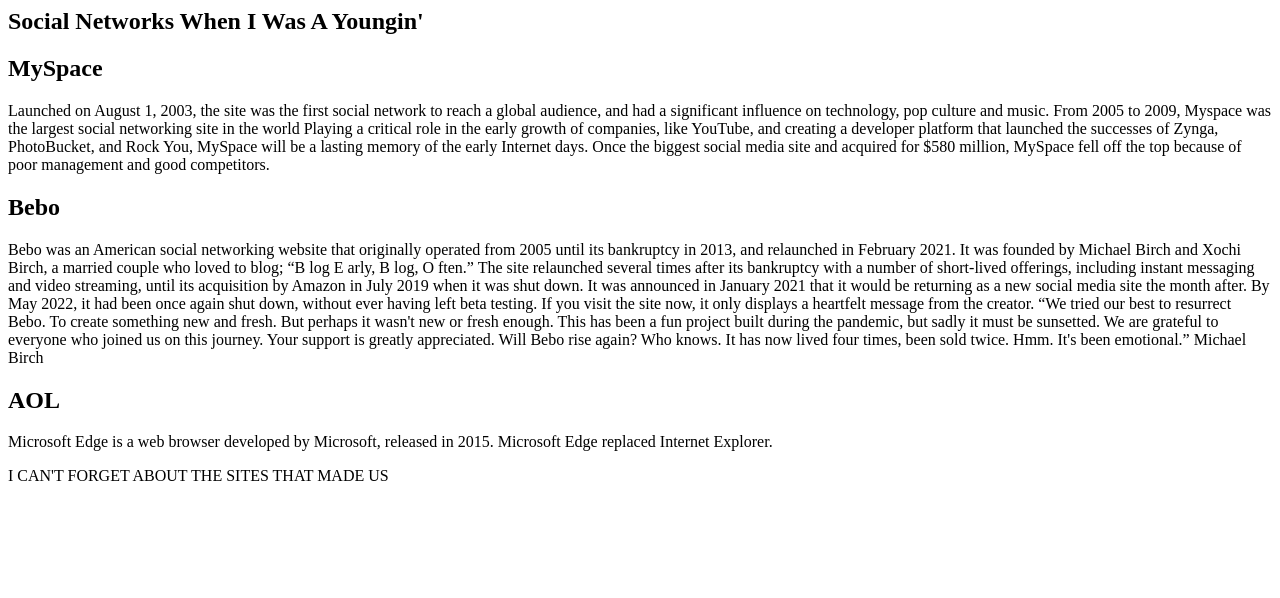
Repository: AndrewGrantt/LC101
Page: LC101/js-assignment-4-html-me-something-buffylow/index.html
These files come from the project's save history. The page is drawn as it stood at one moment and after the next save; the edit follows.
The browser window is 1280 px wide. The pictures show the whole page.

Above is the page before, as saved 2022-07-15 03:12:50.

After the next save:
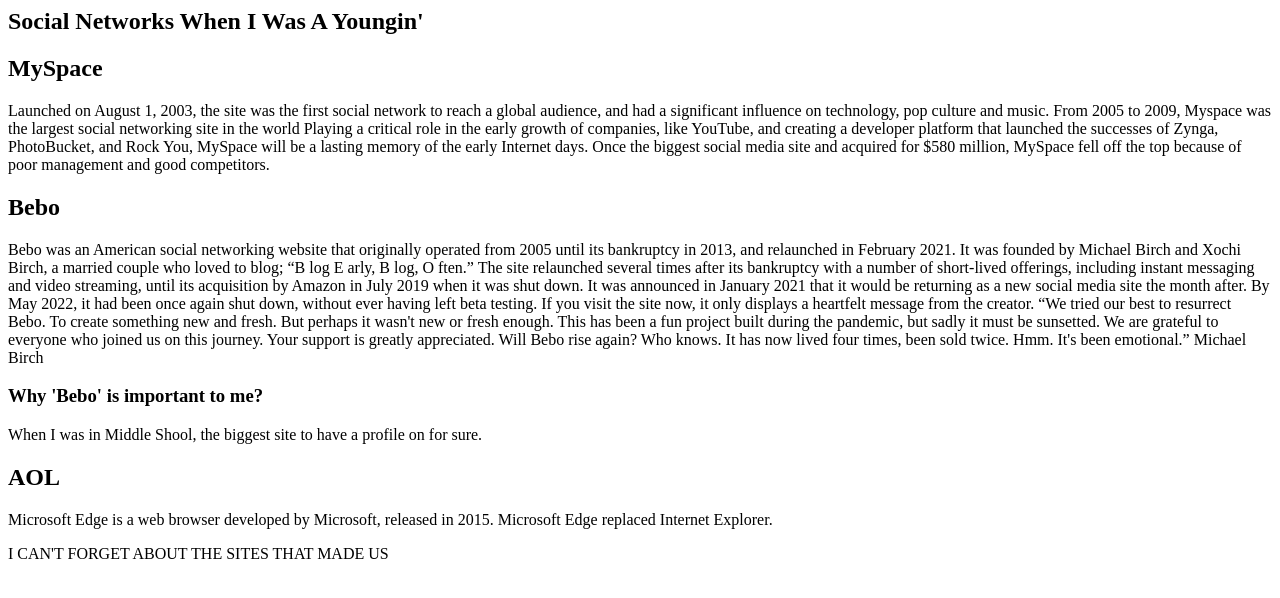
Saved 26 min 20 s later.
--- a/LC101/js-assignment-4-html-me-something-buffylow/index.html
+++ b/LC101/js-assignment-4-html-me-something-buffylow/index.html
@@ -35,6 +35,10 @@
 
       Michael Birch
       </p>
+      <h3> Why 'Bebo' is important to me?</h3>
+      <p>
+         When I was in Middle Shool, the biggest site to have a profile on for sure.
+      </p>
   </article>
   <article class="sites">
     <h2>AOL</h2>
